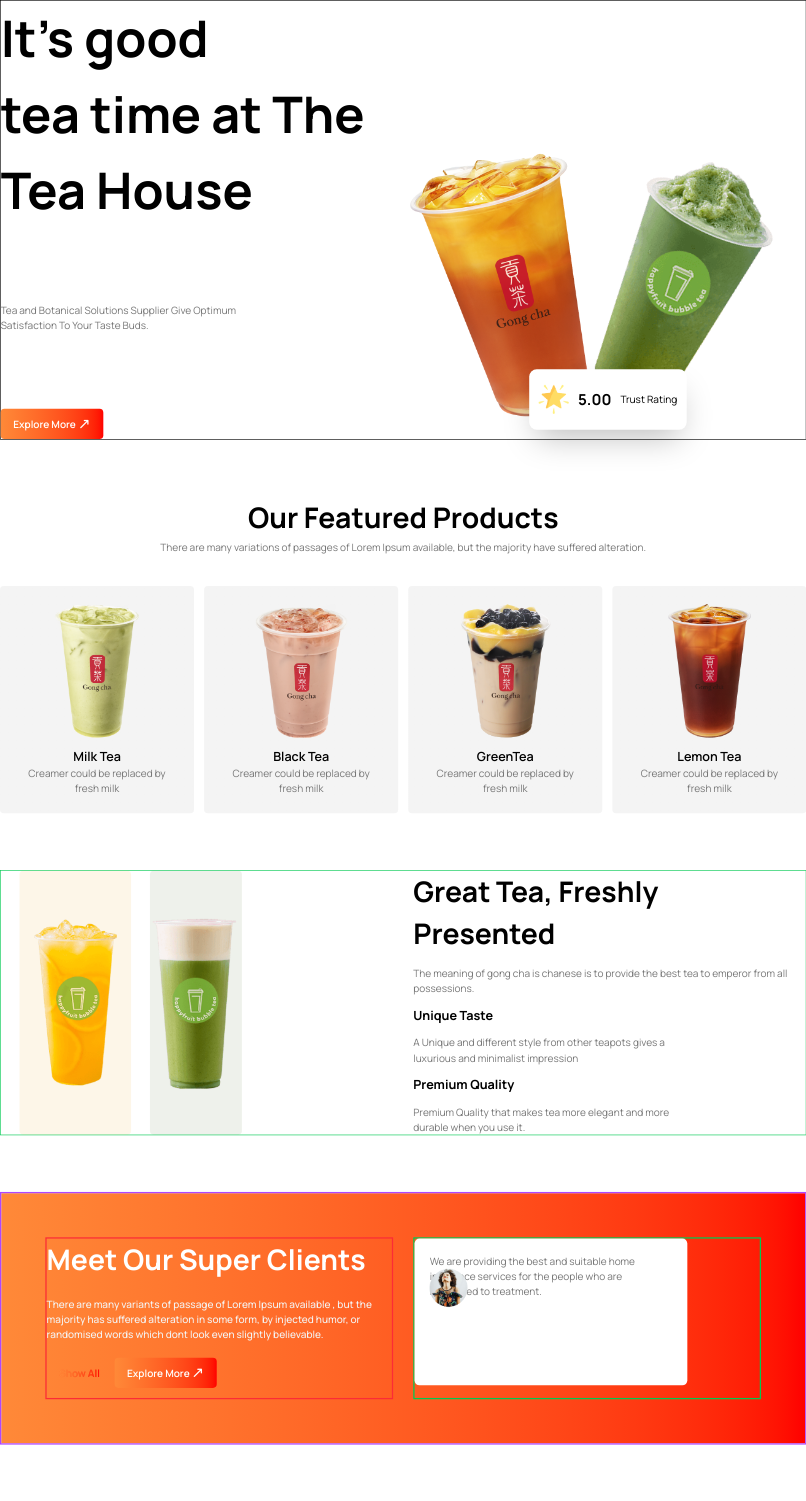
Repository: tanimtanzilislam/Tea-house
Page: index.html
These files come from the project's save history. The page is drawn as it stood at one moment and after the next save; the edit follows.
The browser window is 1280 px wide. The pictures show the whole page, at 63% of full size.
Some web libraries are served in a nearby version.

Above is the page before, as saved 2026-04-10 12:01:00.

After the next save:
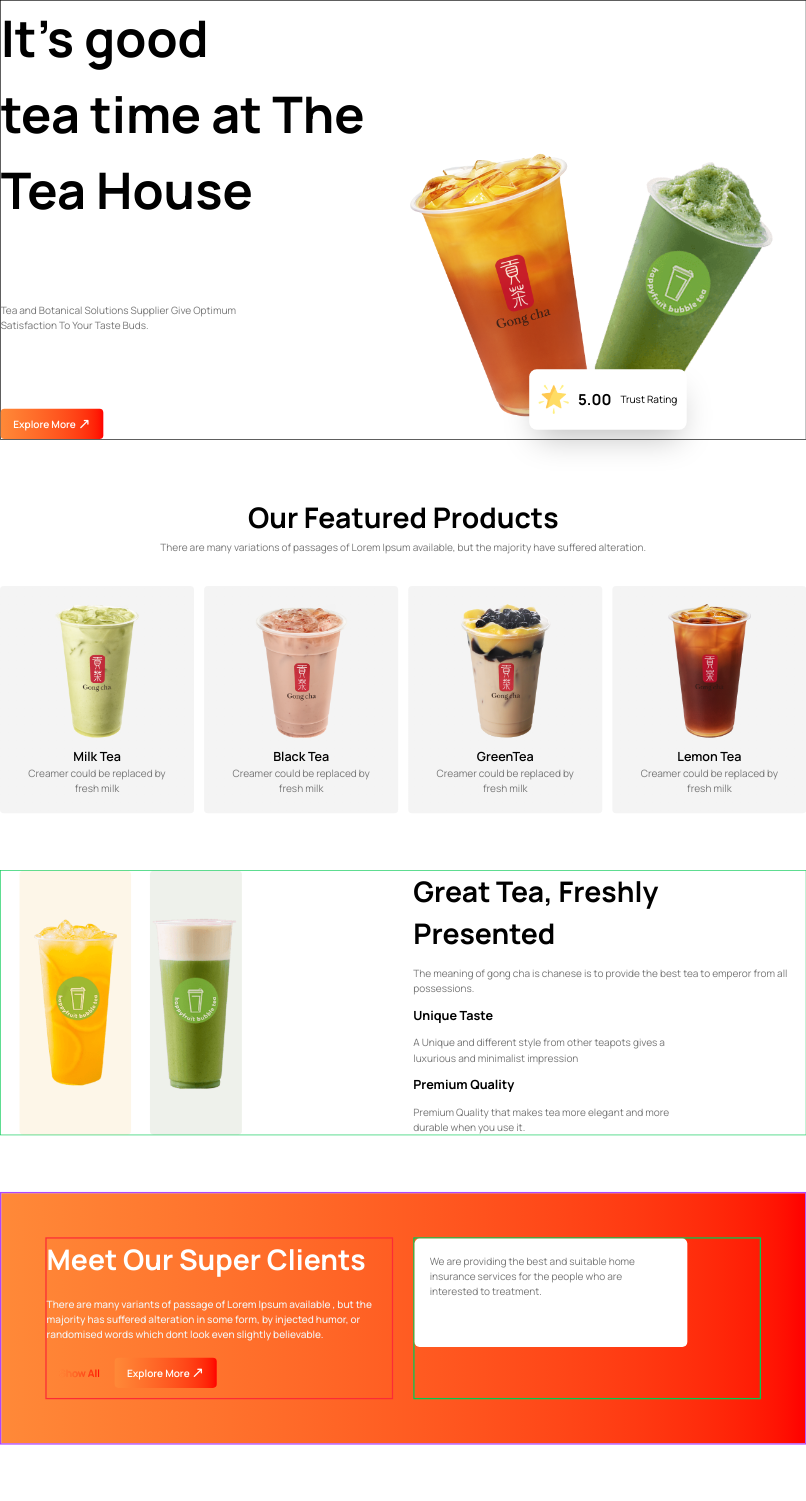
Saved 29 s later.
--- a/index.html
+++ b/index.html
@@ -156,7 +156,7 @@
             <p class="text-[#777777]">We are providing the best and suitable home insurance services for the people who are interested to treatment.</p>
              <h2 class="font-bold text-xl"> Ilham Yuda </h2>
              <h3  class="text-[#7777777] font-semibold"> Businessman</h3>
-             <img src="./images/client.png" alt="" class="relative -top-[100px] left-0">
+             <img src="./images/client.png" alt="" class="absolute -top-[100px] left-0">
         </div>
     </div>
 
